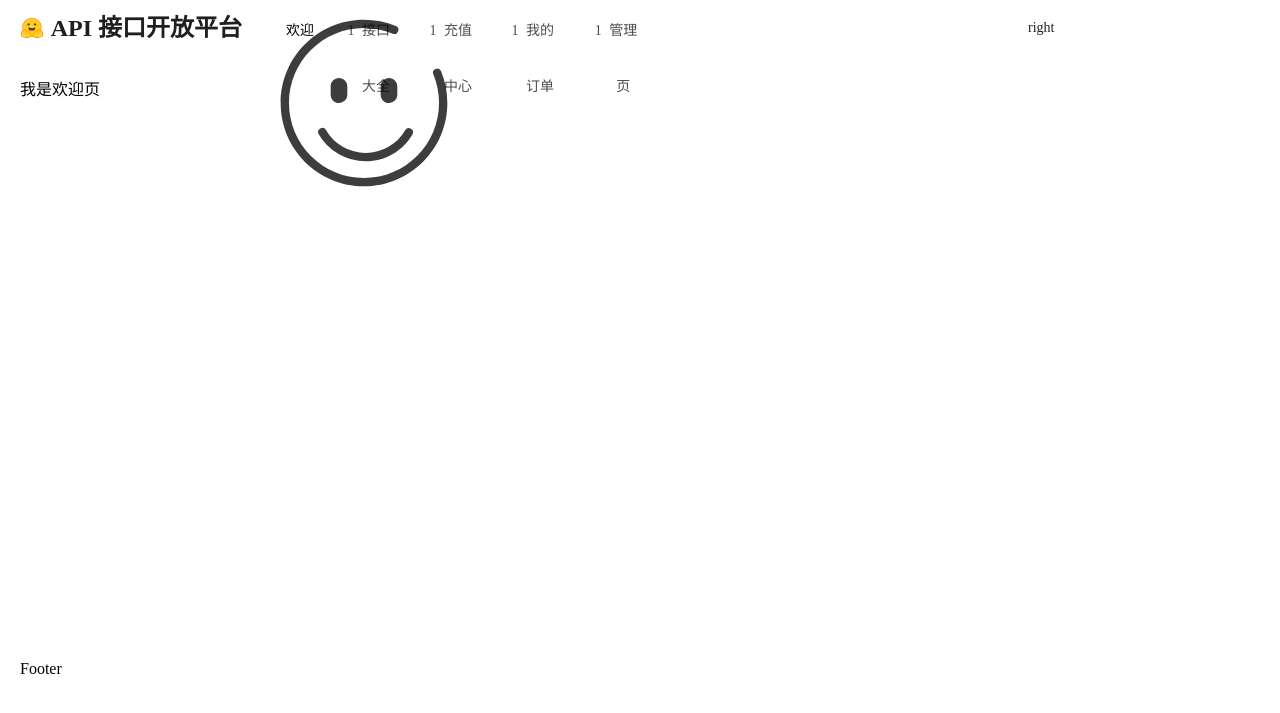
Repository: 202100202078/SignInBox
Page: /
An editor plug-in stored every save of this project. The page is shown before and after the next save, followed by the edit.
The browser window is 1280 px wide. The pictures show the whole page.
The project was rebuilt for these pictures with package versions that can differ from the ones it lists, and the page was loaded fresh each time. Also part of the build but not shown: vite.config.js, src/components/FilterLayout.vue, src/components/PageFooter.vue, src/components/TableLayout.vue, src/components/ToolTip.vue.

Above is the page before, as saved 2023-11-23 21:02:56.

After the next save:
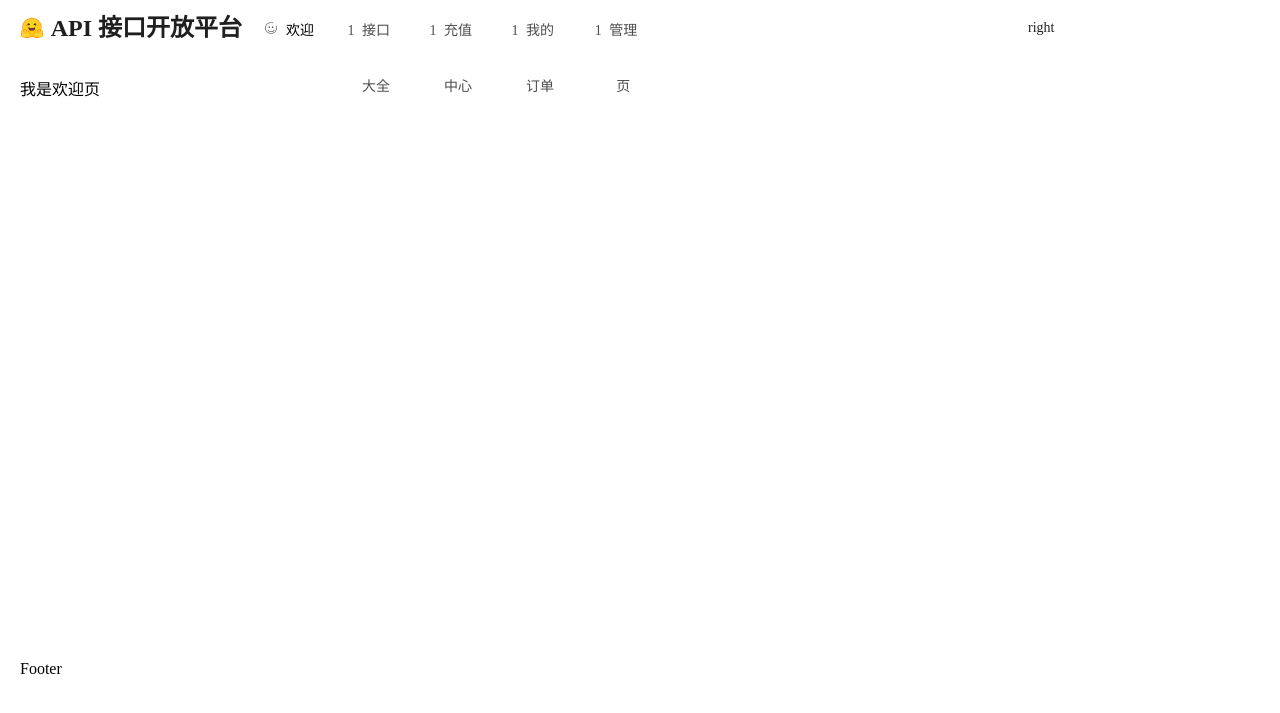
Saved 22 s later.
--- a/src/views/layout/LayOutContainer.vue
+++ b/src/views/layout/LayOutContainer.vue
@@ -115,6 +115,10 @@ const cur = ref(0)
             .icon {
               width: 14px;
               height: 14px;
+              img {
+                width: 100%;
+                height: 100%;
+              }
             }
           }
           .active {
